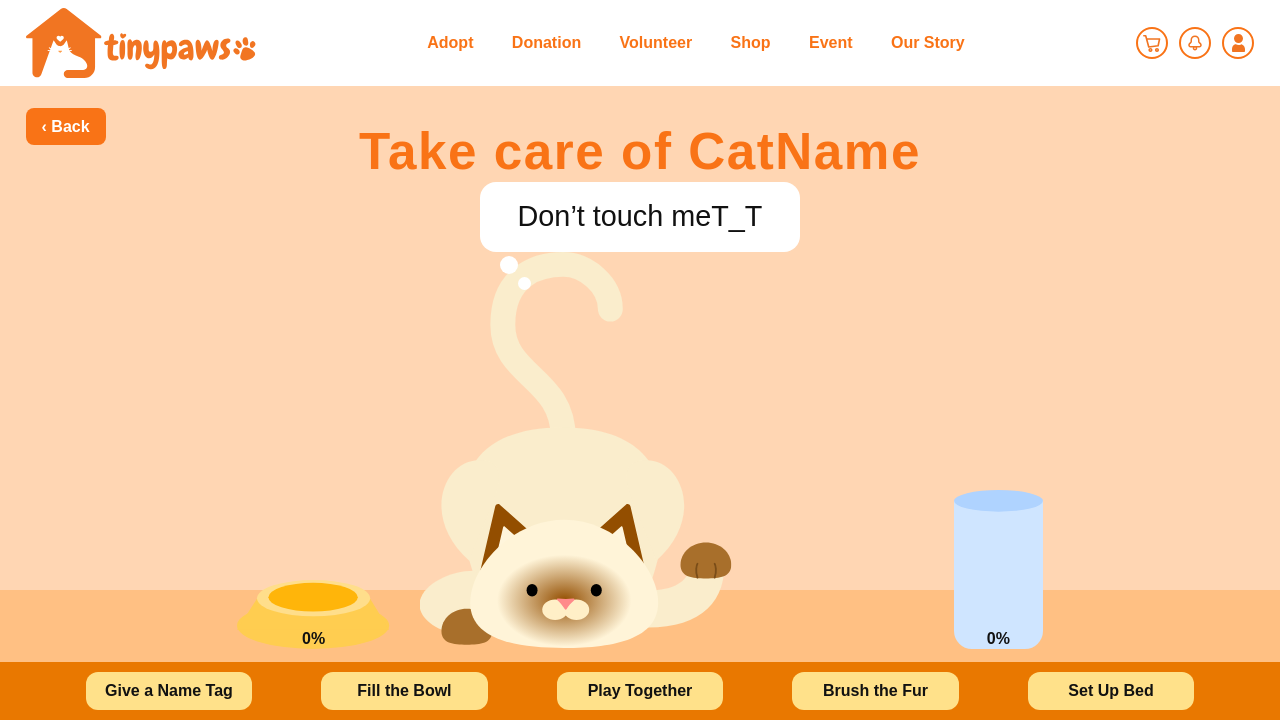
Repository: LShuyanLi/TinyPaws
Page: /, after clicking the first element matching `div > div`
An editor plug-in stored every save of this project. The page is shown before and after the next save, followed by the edit.
The browser window is 1280 px wide. The pictures show the whole page.
The project was rebuilt for these pictures with package versions that can differ from the ones it lists, and the page was loaded fresh each time. The framework's server and built-in components were replaced by stand-ins that run in the browser. Also part of the build but not shown: next.config.mjs.

Above is the page before, as saved 2026-05-09 23:45:27.

### app/layout.js
import { Geist, Geist_Mono } from "next/font/google";
import "./globals.css";

const geistSans = Geist({
  variable: "--font-geist-sans",
  subsets: ["latin"],
});

const geistMono = Geist_Mono({
  variable: "--font-geist-mono",
  subsets: ["latin"],
});

export const metadata = {
  title: "Create Next App",
  description: "Generated by create next app",
};

export default function RootLayout({ children }) {
  return (
    <html lang="en" className={`${geistSans.variable} ${geistMono.variable}`}>
      <body>{children}</body>
    </html>
  );
}

### app/page.js
"use client";

import { useState } from "react";

import Header from "@/components/shared/Header";
import ChooseScreen from "@/components/shuyan/ChooseScreen";
import PlayScreen from "@/components/shuyan/PlayScreen";



export default function Home() {
  const [screen, setScreen] = useState("choose");
  const [selectedCat, setSelectedCat] = useState(null);

  function goToChoose() {
    setScreen("choose");
  }

  function goToPlay(catImage) {
    setSelectedCat(catImage);
    setScreen("play");
  }

  return (
    <main
      style={{
        width: "100vw",
        height: "100vh",
        margin: 0,
        overflow: "hidden",
        fontFamily: "Arial, Helvetica, sans-serif",
        backgroundColor: "#ffd6b3",
      }}
    >
      <Header />

      {screen === "choose" && (
        <ChooseScreen goToPlay={goToPlay} />
      )}

      {screen === "play" && (
        <PlayScreen
        goToChoose={goToChoose}
        selectedCat={selectedCat} />
      )}
    </main>
  );
}

### app/globals.css
:root {
  --background: #ffffff;
  --foreground: #171717;
}

@media (prefers-color-scheme: dark) {
  :root {
    --background: #0a0a0a;
    --foreground: #ededed;
  }
}

html {
  height: 100%;
}

html,
body {
  max-width: 100vw;
  overflow-x: hidden;
}

body {
  min-height: 100%;
  display: flex;
  flex-direction: column;
  color: var(--foreground);
  background: var(--background);
  font-family: Arial, Helvetica, sans-serif;
  -webkit-font-smoothing: antialiased;
  -moz-osx-font-smoothing: grayscale;
}

* {
  box-sizing: border-box;
  padding: 0;
  margin: 0;
}

a {
  color: inherit;
  text-decoration: none;
}

@media (prefers-color-scheme: dark) {
  html {
    color-scheme: dark;
  }
}

### components/shared/Header.jsx
// Displays the decorative top navigation area with the logo, nav menu, and icons.

export default function Header() {
  return (
    <header
      style={{
        width: "100%",
        height: "12vh",
        backgroundColor: "#ffffff",
        display: "flex",
        alignItems: "center",
        justifyContent: "space-between",
        padding: "0 2vw",
        boxSizing: "border-box",
      }}
    >
      <img
        src="/Logo.svg"
        alt="TinyPaws logo"
        style={{
          width: "18vw",
          minWidth: "150px",
          maxWidth: "270px",
          height: "auto",
        }}
      />

      <nav
        style={{
          display: "flex",
          gap: "3vw",
          color: "#f97316",
          fontWeight: "700",
          fontSize: "1rem",
        }}
      >
        <span>Adopt</span>
        <span>Donation</span>
        <span>Volunteer</span>
        <span>Shop</span>
        <span>Event</span>
        <span>Our Story</span>
      </nav>

      <div
        style={{
          display: "flex",
          gap: "0.7rem",
        }}
      >
        <button style={iconButtonStyle}>
         <img src="/chart.svg" style={iconImageStyle} />
        </button>

        <button style={iconButtonStyle}>
          <img src="/bell.svg" style={iconImageStyle} />
        </button>

        <button style={iconButtonStyle}>
         <img src="/user.svg" style={iconImageStyle} />
        </button>
      </div>
    </header>
  );
}

const iconButtonStyle = {
  width: "2rem",
  height: "2rem",
  border: "2px solid #f97316",
  borderRadius: "50%",
  backgroundColor: "#ffffff",
  color: "#f97316",
  cursor: "pointer",
  display: "flex",
  alignItems: "center",
  justifyContent: "center",
};

const iconImageStyle = {
  width: "1.1rem",
  height: "1.1rem",
  objectFit: "contain",
  display: "block",
};

### components/shuyan/ChooseScreen.jsx
import PokeCatBall from "@/components/shuyan/PokeCatBall";

export default function ChooseScreen({ goToPlay }) {

    return (
        <section
        style={{
            position: "relative",
            width: "100%",
            height: "88vh",
            backgroundColor: "#ffd6b3",
        }}
        >

        <h1
            style={{
            margin: 0,
            paddingTop: "5vh",
            textAlign: "center",
            color: "#f97316",
            fontSize: "clamp(2rem, 4vw, 3.3rem)",
            fontWeight: "700",
            letterSpacing: "0.03em",
            }}
        >
            Choose Your New Little Friend
        </h1>

        <div
            style={{
            position: "relative",
            zIndex: 5,
            width: "100%",
            display: "flex",
            justifyContent: "space-around",
            alignItems: "flex-start",
            marginTop: "8vh",
            padding: "0 4vw",
            boxSizing: "border-box",
            }}
        >
            <PokeCatBall
                closeBall="/CloseBall.svg"
                openBall="/OpenBall-1.svg"
                catImage="/cat-1.svg"
                goToPlay={goToPlay} />
            <PokeCatBall
                closeBall="/CloseBall.svg"
                openBall="/OpenBall-2.svg"
                catImage="/cat-2.svg"
                goToPlay={goToPlay} />
            <PokeCatBall
                closeBall="/CloseBall.svg"
                openBall="/OpenBall-3.svg"
                catImage="/cat-3.svg"
                goToPlay={goToPlay} />
        </div>

        <div
            style={{
            position: "absolute",
            left: 0,
            bottom: "7.5vh",
            width: "100%",
            height: "10vh",
            backgroundColor: "#ffc083",
            }}
        />

        <div
            style={{
            position: "absolute",
            left: 0,
            bottom: 0,
            width: "100%",
            height: "7.5vh",
            backgroundColor: "#e97800",
            }}
        />
        </section>
    );
}

### components/shuyan/PlayScreen.jsx
// PlayScreen.jsx: Builds the main cat play screen with the background, cat area, feeding area, tools, bed, and bottom buttons.

import BackButton from "@/components/shuyan/BackButton";
import BottomActionBar from "@/components/shuyan/BottomActionBar";
import CatDisplay from "@/components/shared/CatDisplay";
import FoodBowl from "@/components/Jinwon/FoodBowl";
import WaterBottle from "@/components/Jinwon/WaterBottle";
import CatEmotion from "@/components/Jessica/CatEmotion";

export default function PlayScreen({ goToChoose, selectedCat }) {
  return (
    <section
      style={{
        position: "relative",
        width: "100%",
        height: "88vh",
        backgroundColor: "#ffd6b3",
        overflow: "hidden",
      }}
    >
      <BackButton goToChoose={goToChoose}/>

      <h1
        style={{
          margin: 0,
          paddingTop: "5vh",
          textAlign: "center",
          color: "#f97316",
          fontSize: "clamp(2rem, 4vw, 3.3rem)",
          fontWeight: "700",
          letterSpacing: "0.03em",
          position: "relative",
          zIndex: 5,
        }}
      >
        Take care of CatName
      </h1>

      {/* Light orange ground */}
      <div
        style={{
          position: "absolute",
          left: 0,
          bottom: "8vh",
          width: "100%",
          height: "10vh",
          backgroundColor: "#ffc083",
          zIndex: 1,
        }}
      />

      {/* Main play area */}
      <div
        style={{
          position: "absolute",
          left: "50%",
          bottom: "10vh",
          transform: "translateX(-50%)",
          width: "75vw",
          height: "50vh",
          zIndex: 5,
        }}
      >
        <CatEmotion />
        <FoodBowl />
        <CatDisplay selectedCat={selectedCat}/>
        <WaterBottle />
      </div>

      <BottomActionBar />
    </section>
  );
}

### components/shuyan/PokeCatBall.jsx
"use client";
// Displays one selectable pokeCAT ball and shows its cat preview on hover.

import { useState } from "react";

export default function PokeCatBall({ closeBall, openBall, goToPlay, catImage }) {

    const [isHover, setIsHover] = useState(false);

    function pokecatBall() {
        if (!isHover) {
            return closeBall;
        } else {
            return openBall;
        }
    }

    return (
        <div
            onClick={() => goToPlay(catImage)}
            onMouseEnter={() => setIsHover(true)}
            onMouseLeave={() => setIsHover(false)}
            style={{
                width: "24vw",
                maxWidth: "380px",
                minWidth: "230px",
                height: "50vh",
                display: "flex",
                alignItems: "flex-start",
                justifyContent: "center",
                cursor: "pointer"
            }}
        >
        <img
            src={pokecatBall()}
            style={{
            width: "90%",
            objectFit: "contain",
            display: "block",
            }}
        />
        </div>
    );
}

### components/shuyan/BackButton.jsx
// Displays the back button and returns the user to the cat selection screen.


export default function BackButton({ goToChoose }) {
  return (
    <button
        onClick={goToChoose}
        style={{
            position: "absolute",
            top: "3vh",
            left: "2vw",
            backgroundColor: "#f97316",
            color: "#ffffff",
            border: "none",
            borderRadius: "8px",
            padding: "0.6rem 1rem",
            fontSize: "1rem",
            fontWeight: "600",
            cursor: "pointer",
            zIndex: 10,
      }}
    >
      ‹ Back
    </button>
  );
}

### components/shuyan/BottomActionBar.jsx
"use client";

// BottomActionBar.jsx: Displays the bottom interaction buttons and shows each hover bubble.

import { useState } from "react";

export default function BottomActionBar( {
  activeButton,
  setActiveButton,
  setSelectedBed, //these three are for the bed feature
  ballSpeed,
  setBallSpeed, //these two are for the play ball feature
  featherActive,
  setFeatherActive,
}) {
  return (
    <div
      style={{
        position: "absolute",
        left: 0,
        bottom: 0,
        width: "100%",
        height: "8vh",
        backgroundColor: "#e97800",
        display: "flex",
        alignItems: "center",
        justifyContent: "space-around",
        padding: "0 4vw",
        boxSizing: "border-box",
        zIndex: 20,
      }}
    >
      {/* Name button - Elina can connect this to NameTag modal later */}
      <div style={{ position: "relative" }}>
        <button style={buttonStyle}>Give a Name Tag</button>
      </div>

      {/* Feed button - Jinwon */}
      <div
        onMouseEnter={() => setActiveButton("feed")}
        onMouseLeave={() => setActiveButton(null)}
        style={{ position: "relative" }}
      >
        {activeButton === "feed" && (
          <div style={bubbleStyle}>
            <img src="/bubble-3.svg" style={bubbleBackgroundStyle} />

            {/* dry food option - Jinwon can add onClick here */}
            <img
              src="/dryfood.svg"
              style={{
                position: "absolute",
                top: "8%",
                left: "50%",
                transform: "translateX(-50%)",
                width: "45%",
                height: "auto",
                cursor: "pointer",
              }}
            />

            {/* wet food option - Jinwon can add onClick here */}
            <img
              src="/wetfood.svg"
              style={{
                position: "absolute",
                top: "34%",
                left: "50%",
                transform: "translateX(-50%)",
                width: "45%",
                height: "auto",
                cursor: "pointer",
              }}
            />

            {/* water option - Jinwon can add onClick here */}
            <img
              src="/water.svg"
              style={{
                position: "absolute",
                top: "60%",
                left: "50%",
                transform: "translateX(-50%)",
                width: "38%",
                height: "auto",
                cursor: "pointer",
              }}
            />
          </div>
        )}

        <button style={buttonStyle}>Fill the Bowl</button>
      </div>

      {/* Play button - Jonah handles ball/feather, Elina handles hand */}
      <div
        style={{ position: "relative" }}
      >
        {activeButton === "play" && (
          <div style={bubbleStyle}>
            <img src="/bubble-3.svg" style={bubbleBackgroundStyle} />

            {/* ball option - Jonah can add onClick here */}
            <img
              src="/ball.svg"
                onClick={() => {
                setFeatherActive(false);

                setBallSpeed(prev =>
                  prev === "stop"
                    ? "slow"
                    : prev === "slow"
                    ? "fast"
                    : "stop"
                );
              }}
              style={{
                position: "absolute",
                top: "8%",
                left: "50%",
                transform: "translateX(-50%)",
                width: "42%",
                height: "auto",
                cursor: "pointer",
                opacity: ballSpeed === "stop" ? 0.5 : 1
              }}
            />

            {/* feather option - Jonah can add onClick here */}
            <img
              src="/feather.svg"
              onClick={() => {
                setBallSpeed("stop");
                setFeatherActive(prev => !prev);
              }}
              style={{
                position: "absolute",
                top: "30%",
                left: "50%",
                transform: "translateX(-50%)",
                width: "55%",
                height: "auto",
                cursor: "pointer",
              }}
            />

            {/* hand option - Elina can add onClick here */}
            <img
              src="/hand.svg"
              style={{
                position: "absolute",
                top: "55%",
                left: "50%",
                transform: "translateX(-50%)",
                width: "42%",
                height: "auto",
                cursor: "pointer",
              }}
            />
          </div>
        )}

        <button
          style={buttonStyle}
          onClick={() =>
            setActiveButton(activeButton === "play" ? null : "play")
          }
        >Play Together</button>
      </div>

      {/* Brush button - Elina */}
      <div
        onMouseEnter={() => setActiveButton("brush")}
        onMouseLeave={() => setActiveButton(null)}
        style={{ position: "relative" }}
      >
        {activeButton === "brush" && (
          <div style={bubbleStyle}>
            <img src="/bubble-1.svg" style={bubbleBackgroundStyle} />

            {/* brush option - Elina can add onClick here */}
            <img
              src="/brush.svg"
              style={{
                position: "absolute",
                top: "22%",
                left: "50%",
                transform: "translateX(-50%)",
                width: "55%",
                height: "auto",
                cursor: "pointer",
              }}
            />
          </div>
        )}

        <button style={buttonStyle}>Brush the Fur</button>
      </div>

      {/* Bed button - Jonah */}
      <div
        style={{ position: "relative" }}
      >
        {activeButton === "bed" && (
          <div style={bubbleStyle}>
            <img src="/bubble-2.svg" style={bubbleBackgroundStyle} />

            {/* yellow bed option - Jonah can add onClick here */}
            <img
              src="/bed-1.svg"
              onClick={() => {
                setSelectedBed(prev =>
                  prev === "yellow" ? null : "yellow"
                );
              }}
              style={{
                position: "absolute",
                top: "12%",
                left: "50%",
                transform: "translateX(-50%)",
                width: "55%",
                height: "auto",
                cursor: "pointer",
              }}
            />

            {/* green bed option - Jonah can add onClick here */}
            <img
              src="/bed-2.png"
              onClick={() => {
                setSelectedBed(prev =>
                  prev === "green" ? null : "green"
                );
              }}
              style={{
                position: "absolute",
                top: "48%",
                left: "50%",
                transform: "translateX(-50%)",
                width: "55%",
                height: "auto",
                cursor: "pointer",
              }}
            />
          </div>
        )}

        <button
          style={buttonStyle}
          onClick={() =>
            setActiveButton(activeButton === "bed" ? null : "bed")
          }
        >Set Up Bed</button>
      </div>
    </div>
  );
}

const buttonStyle = {
  width: "13vw",
  minWidth: "150px",
  maxWidth: "200px",
  height: "2.4rem",
  border: "none",
  borderRadius: "12px",
  backgroundColor: "#ffe18a",
  color: "#111111",
  fontSize: "1rem",
  fontWeight: "600",
  cursor: "pointer",
};

const bubbleStyle = {
  position: "absolute",
  left: "50%",
  bottom: "3.4rem",
  transform: "translateX(-50%)",
  width: "7vw",
  minWidth: "95px",
  maxWidth: "140px",
  zIndex: 40,
};

const bubbleBackgroundStyle = {
  width: "100%",
  height: "auto",
  display: "block",
};

### components/shared/CatDisplay.jsx
// CatDisplay.jsx: Displays the selected cat image on the play screen.

export default function CatDisplay({
  selectedBed,
  ballSpeed,
  featherActive,
}) {
  let catImage = "/cat-1.svg";

  let catStyle = {
    width: "48%",
    height: "48%",
    objectFit: "contain",
    position: "absolute",
    bottom: "0px",
    left: "150px",
  };

  if (featherActive) {
    catImage = "/catreach-1.svg";

    catStyle = {
      ...catStyle,
      width: "110%",
      left: "0px",
    }

  } else if (ballSpeed !== "stop") {
    catImage = "/catcrouch-1.svg";
  }

  return (
    <div
      style={{
        position: "absolute",
        left: "50%",
        bottom: "0",
        transform: "translateX(-50%)",
        zIndex: 1,
      }}
    >
      {selectedBed === "yellow" && (
        <img
          src="/yellow-bed.svg"
          style={{
            position: "absolute",
            bottom: "-130px",
            left: "50%",
            transform: "translateX(-50%)",
            width: "30vw",
            minWidth: "200px",
            zIndex: 0,
          }}
        />
      )}

      {selectedBed === "green" && (
        <img
          src="/green-bed.svg"
          style={{
            position: "absolute",
            bottom: "-130px",
            left: "50%",
            transform: "translateX(-50%)",
            width: "30vw",
            minWidth: "200px",
            zIndex: 0,
          }}
        />
      )}
      <div
        style={{
          width: "825px",
          height: "825px",
          position: "relative",
        }}
      >
        <img
          src={catImage}
          style={catStyle}
        />
      </div>
    </div>
  );
}

### components/Jinwon/FoodBowl.jsx
// FoodBowl.jsx: Displays the bowl and shows dry or wet food when the bowl is clicked.

export default function FoodBowl({ bowlType }) {
  const isBowlFilled = bowlType === "dry" || bowlType === "wet";
  const fillImage = bowlType === "wet" ? "/wetfood.svg" : "/dryfood.svg";

  return (
    <div
      style={{
        position: "absolute",
        left: "8%",
        bottom: "0",
        zIndex: 10,
        textAlign: "center",
      }}
    >
      <img
        src="/bowl.svg"
        style={{
          width: "12vw",
          minWidth: "120px",
          maxWidth: "190px",
          height: "auto",
          display: "block",
        }}
      />

      {isBowlFilled && (
        <img
          src={fillImage}
          style={{
            position: "absolute",
            left: "50%",
            bottom: "22px",
            transform: "translateX(-50%)",
            width: "50%",
            height: "auto",
          }}
        />
      )}

      <p
        style={{
          margin: "-1.2rem 0 0",
          color: "#111111",
          fontSize: "1rem",
          fontWeight: "700",
        }}
      >
        {isBowlFilled ? "100%" : "0%"}
      </p>
    </div>
  );
}

### components/Jinwon/WaterBottle.jsx
// WaterBottle.jsx: Displays the water bottle and shows water level when the bottle is clicked.

export default function WaterBottle({ hasWater }) {
  const isBottleFilled = hasWater;

  return (
    <div
      style={{
        position: "absolute",
        right: "8%",
        bottom: "0",
        zIndex: 10,
        textAlign: "center",
      }}
    >
      <img
        src="/water-bottle.svg"
        style={{
          width: "7vw",
          minWidth: "80px",
          maxWidth: "130px",
          height: "auto",
          display: "block",
        }}
      />

      {isBottleFilled && (
        <img
          src="/water.svg"
          style={{
            position: "absolute",
            left: "50%",
            bottom: "22px",
            transform: "translateX(-50%)",
            width: "44%",
            height: "auto",
          }}
        />
      )}

      <p
        style={{
          margin: "-1.2rem 0 0",
          color: "#111111",
          fontSize: "1rem",
          fontWeight: "700",
        }}
      >
        {isBottleFilled ? "100%" : "0%"}
      </p>
    </div>
  );
}

### components/Jessica/CatEmotion.jsx
// CatEmotion.jsx: Displays the cat’s emotion emoji and thought bubble based on interaction results.

export default function CatEmotion() {
  return (
    <div
      style={{
        position: "absolute",
        left: "50%",
        bottom: "55vh",
        transform: "translateX(-50%)",
        zIndex: 30,
      }}
    >
      {/* Thought bubble box */}
      <div
        style={{
          position: "relative",
          width: "320px",
          minHeight: "70px",
          backgroundColor: "#ffffff",
          borderRadius: "16px",
          display: "flex",
          alignItems: "center",
          justifyContent: "center",
          padding: "0 1.5rem",
          boxSizing: "border-box",
          color: "#111111",
          fontSize: "1.8rem",
          fontWeight: "400",
        }}
      >
        Don’t touch meT_T
      </div>

      {/* Small bubble dots */}
      <div
        style={{
          position: "absolute",
          left: "20px",
          bottom: "-22px",
          width: "18px",
          height: "18px",
          backgroundColor: "#ffffff",
          borderRadius: "50%",
        }}
      />

      <div
        style={{
          position: "absolute",
          left: "38px",
          bottom: "-38px",
          width: "13px",
          height: "13px",
          backgroundColor: "#ffffff",
          borderRadius: "50%",
        }}
      />
    </div>
  );
}

After the next save:
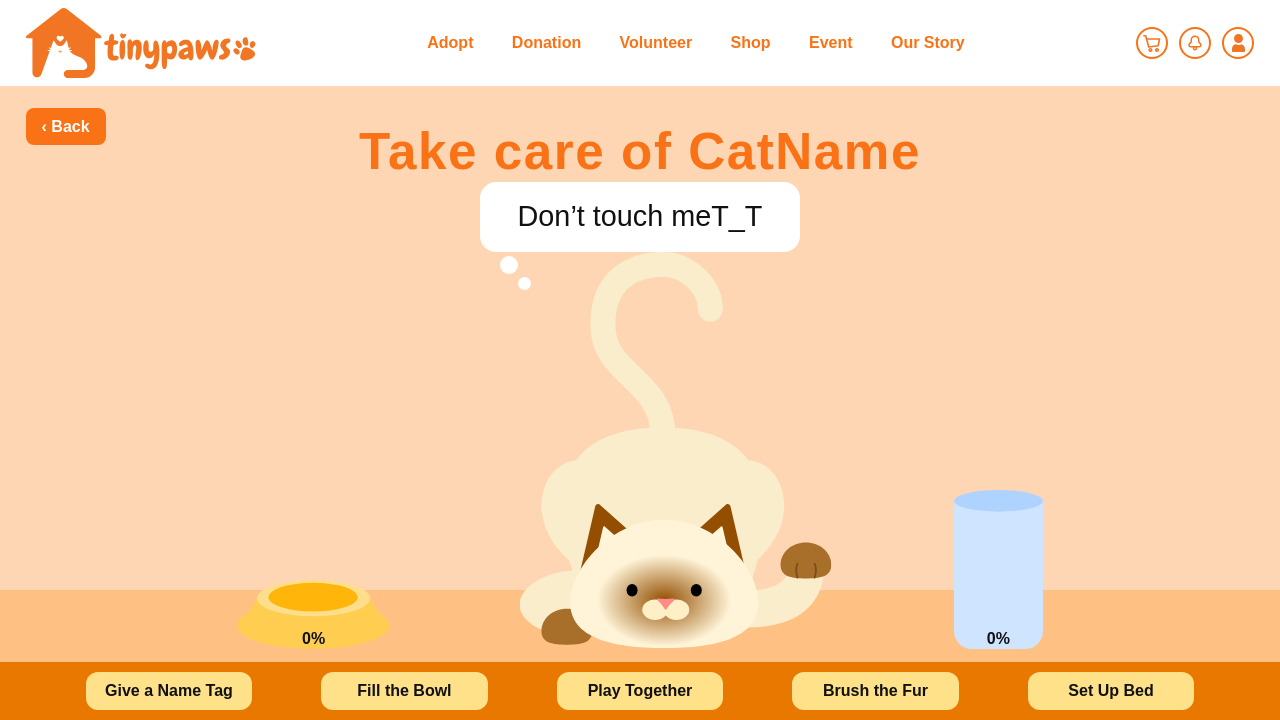
Saved 4 s later.
--- a/components/shared/CatDisplay.jsx
+++ b/components/shared/CatDisplay.jsx
@@ -13,7 +13,7 @@ export default function CatDisplay({
     objectFit: "contain",
     position: "absolute",
     bottom: "0px",
-    left: "150px",
+    left: "250px",
   };
 
   if (featherActive) {
